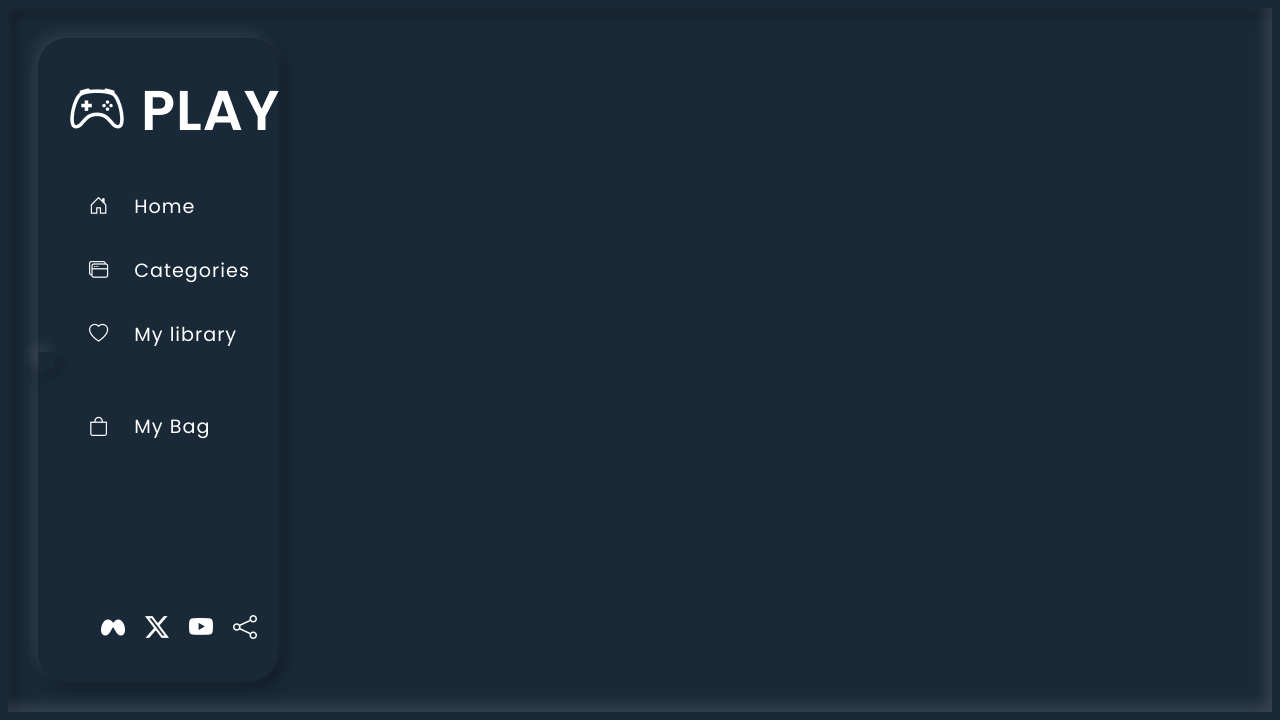
Repository: Ego-Wolf/Ecommerce-game-Reactjs
Page: /
The author's editor kept a copy of each file at every save. The page is drawn from the files as they stood at one save, then again after the next save.
The browser window is 1280 px wide. The pictures show the whole page.
The project was rebuilt for these pictures with package versions that can differ from the ones it lists, and the page was loaded fresh each time.

Above is the page before, as saved 2023-12-21 23:32:53.

After the next save:
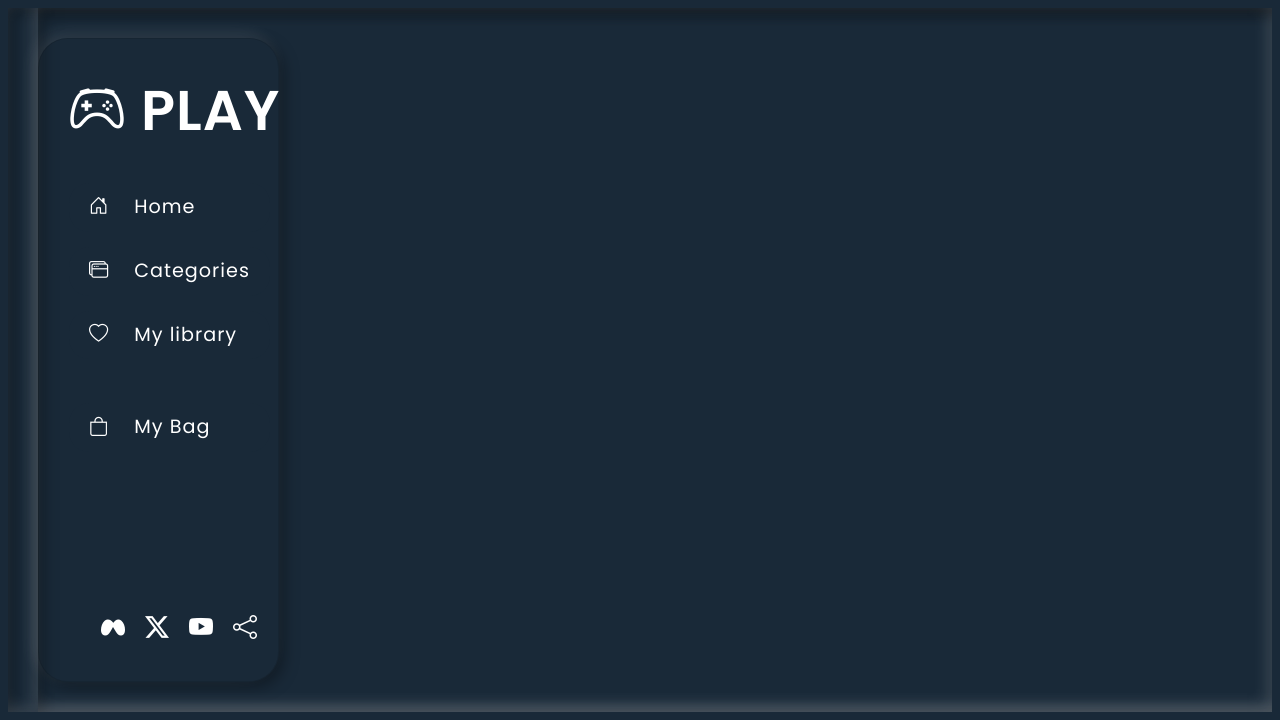
Saved 12 s later.
--- a/src/pages/Main.css
+++ b/src/pages/Main.css
@@ -20,7 +20,8 @@ main {
 
 .banner {
     position: absolute;
-    border: 8px solid var(--bgColor);
+    width: 100%;
+    height: 100%;
     box-shadow: -5px -5px 15px rgba(255, 255, 255, 0.15),
     5px 5px 15px rgba(0, 0, 0, 0.35),
     inset -5px -5px 15px rgba(255, 255, 255, 0.15),
